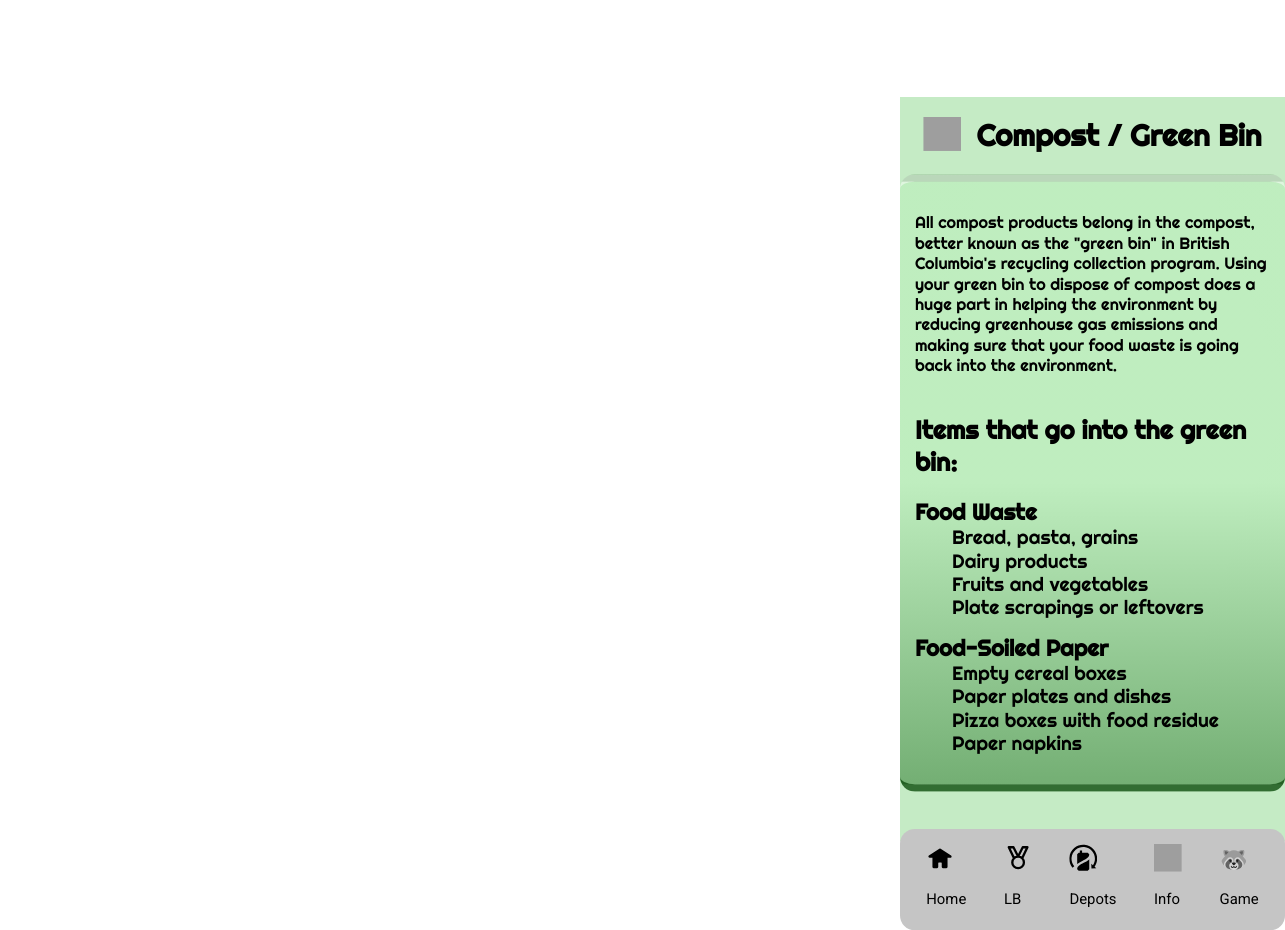
Repository: alemunden/Trash-Scavengers
Page: /InfoCompost
These files come from the project's save history. The page is drawn as it stood at one moment and after the next save; the edit follows.
The browser window is 1280 px wide. The page is 1382 px wide, so the pictures cover 1382 px, including what lies to the right of the window. The pictures show the whole page, at 93% of full size.
Pictures or frames that could not be fetched are drawn as grey boxes. The project was rebuilt for these pictures with package versions that can differ from the ones it lists, and the page was loaded fresh each time. The framework's server and built-in components were replaced by stand-ins that run in the browser. Also part of the build but not shown: next.config.mjs.

Above is the page before, as saved 2024-05-07 15:35:28.

After the next save:
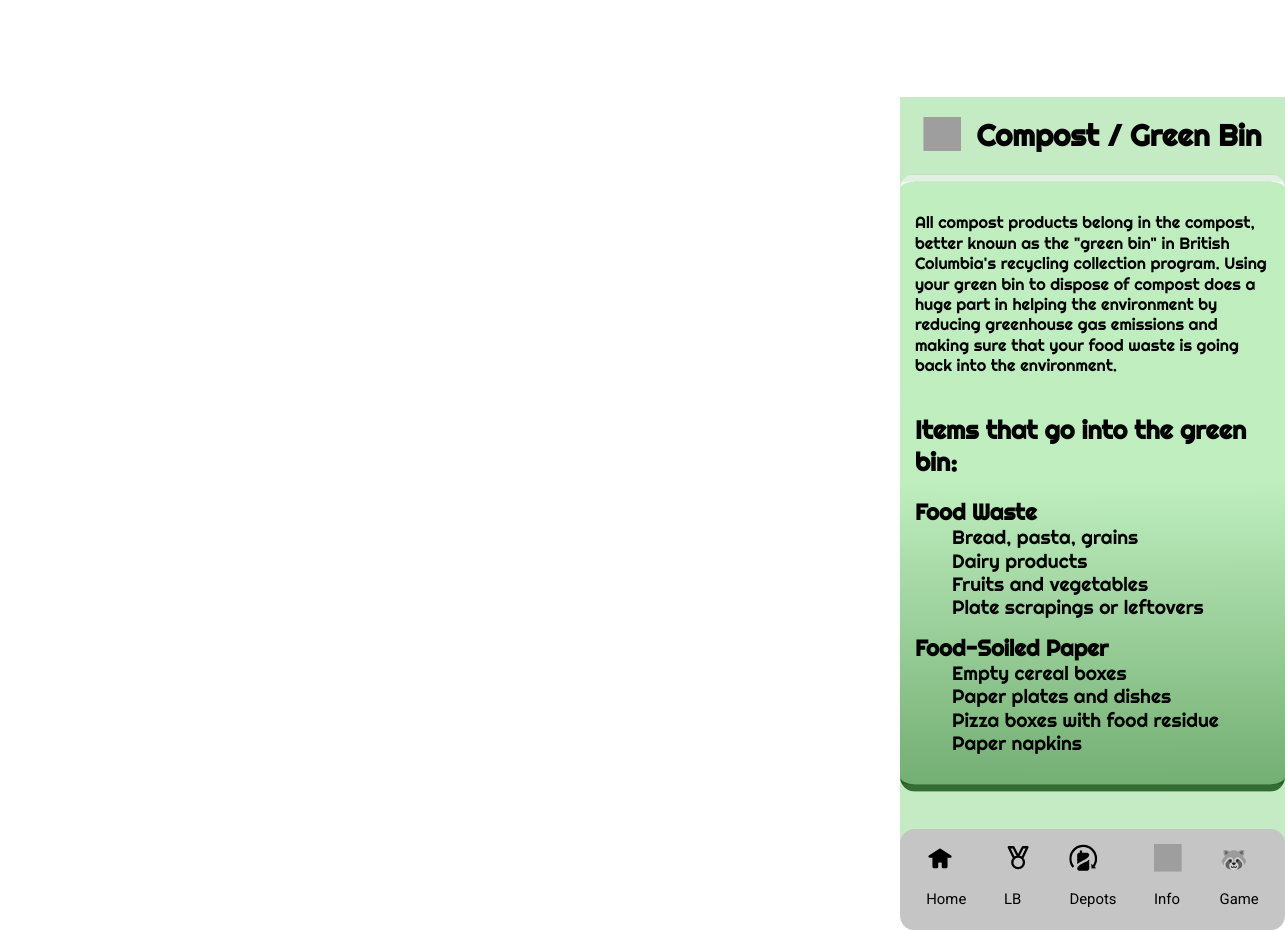
Saved 7 s later.
--- a/styles/InfoCompost.module.css
+++ b/styles/InfoCompost.module.css
@@ -23,7 +23,7 @@
     flex-direction: column;
     background-image: linear-gradient(180deg, rgba(185, 240, 185,0.5) 50%, rgba(35, 115, 35, 0.5) 100%);
     border-radius: 1rem;
-    border-top: 0.5rem solid rgba(255, 255, 255, 0.5);
+    border-top: 0.5rem solid rgba(255, 255, 255, 0.8);
     border-bottom: 0.5rem solid rgba(16, 78, 16, 0.8);
 }
 
